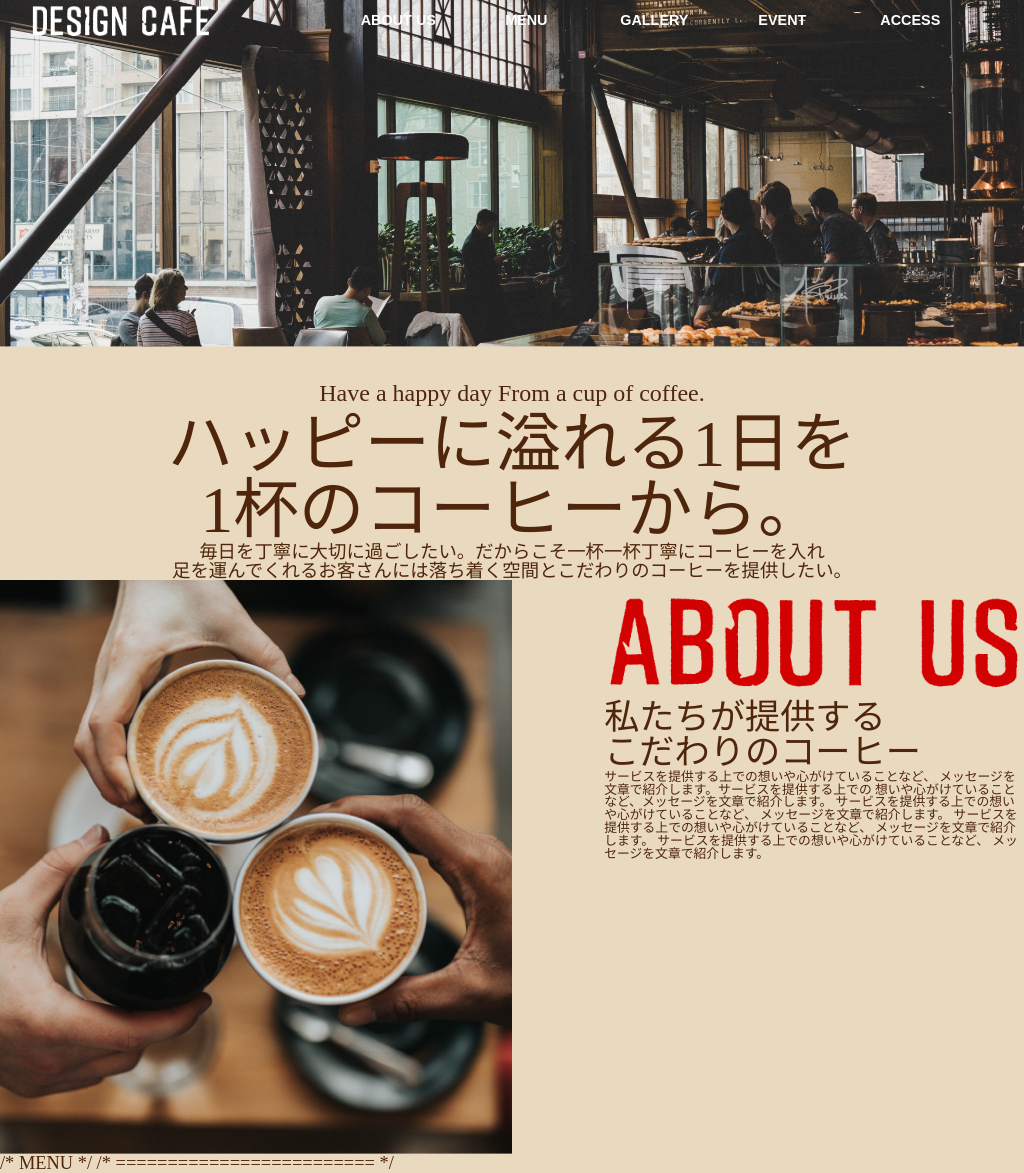
Repository: sonoyama01/dezasuta
Page: 第4回課題/index.html
The author's editor kept a copy of each file at every save. The page is drawn from the files as they stood at one save, then again after the next save.
The browser window is 1280 px wide. The pictures show the whole page, at 80% of full size.

Above is the page before, as saved 2024-05-02 03:05:02.

### 第4回課題/index.html
<!DOCTYPE html>
<html lang="ja">

<head>
    <meta charset="UTF-8">
    <meta name="viewport" content="width=device-width, initial-scale=1.0">
    <title>Desing Cafe</title>
    <link rel="stylesheet" href="./css/style.css">
</head>

<body>

    <header>
        <div class="header_slide">
            <div>
                <img src="./images/pc_first-100.jpg" alt="店内の様子">
            </div>
        </div>
        <div class="header_wrap">
            <h1 class="header_logo">
                <img src="./images/design_cafe_logo_header@2x.png" alt="desind cafe">
            </h1>
            <nav class="pc_nav">
                <ul>
                    <li><a href="#about_us">ABOUT US</a></li>
                    <li><a href="#">MENU</a></li>
                    <li><a href="#">GALLERY</a></li>
                    <li><a href="#">EVENT</a></li>
                    <li><a href="#">ACCESS</a></li>
                </ul>
            </nav>
        </div>
    </header>
    <div class="catch_copy">
        <p class="catch_copy_ja"><span class="en">Have a happy day From a cup of coffee.</span><br>
            ハッピーに溢れる1日を<br>
            1杯のコーヒーから。</p><!-- /.catch_copy -->
        <p>毎日を丁寧に大切に過ごしたい。だからこそ一杯一杯丁寧にコーヒーを入れ<br>
            足を運んでくれるお客さんには落ち着く空間とこだわりのコーヒーを提供したい。</p>
    </div><!-- /.catch_copy -->

    <section id="about_us_fx">
        <div class="about_us">
            <div class="about_us_im"><img src="./images/pc_about-100.jpg" alt=""></div>
            <div class="about_us_text">
                <img src="./images/about_us@2x.png" alt="">
                <p class="abouot_us_concept">私たちが提供する<br>
                    こだわりのコーヒー</p><!-- /.abouot_us_concept -->
                <p class="about_us_texts">
                    サービスを提供する上での想いや心がけていることなど、
                    メッセージを文章で紹介します。サービスを提供する上での
                    想いや心がけていることなど、メッセージを文章で紹介します。
                    サービスを提供する上での想いや心がけていることなど、
                    メッセージを文章で紹介します。
                    サービスを提供する上での想いや心がけていることなど、
                    メッセージを文章で紹介します。
                    サービスを提供する上での想いや心がけていることなど、
                    メッセージを文章で紹介します。
                </p><!-- /.about_us_text -->
            </div>

        </div><!-- /.about_us -->
    </section><!-- /#about_us -->

    /* MENU */
    /* ========================= */
    <section id="menu_fx">
        <div class="drink"></div><!-- /.drink -->
        <div class="food"></div><!-- /.food -->
        <div class="sweets"></div><!-- /.sweets -->
    </section><!-- /#menu_fx -->

</body>

</html>

### 第4回課題/css/style.css
@charset "utf-8";

/* cssリセット */

/*利用するタグによってこちらの内容は増やす*/

html,
body,
h1,
h2,
h3,
p,
dl,
dt,
dd,
ul,
li {
  margin: 0;
  padding: 0;
  line-height: 1;
  /*デフォルトの文字色、font-familyを予め当てておく*/
  color: #4f260b;
  font-family: "游明朝", YuMincho, "Hiragino Mincho ProN W3",
    "ヒラギノ明朝 ProN W3", "Hiragino Mincho ProN", "HG明朝E", "ＭＳ Ｐ明朝",
    "ＭＳ 明朝", serif;
}

a {
  /*下線を消す*/
  text-decoration: none;
  /*色を消す*/
  color: inherit;
  transition: 0.3s;
}

a:hover {
  opacity: 0.5;
}

ul {
  /*左の「・」を消す*/
  list-style: none;
}

img {
  max-width: 100%;
  width: 100%;
  height: auto;
  vertical-align: bottom;
  border: none;
}

body {
  background-color: #e8d9bf;
  font-size: 23px;
}

/* ヘッダー */
.pc_nav ul {
  display: flex;
  gap: 55px;
}

.pc_nav ul li {
  width: 105px;
  text-align: center;
  color: #ffffff;
  font-weight: bold;
  font-size: 18px;
  font-family: "Hiragino Sans W3", "Hiragino Kaku Gothic ProN",
    "ヒラギノ角ゴ ProN W3", "メイリオ", Meiryo, "ＭＳ Ｐゴシック", "MS PGothic",
    sans-serif;
}

.header_logo {
  width: 226px;
}

.header_wrap {
  display: flex;
  justify-content: space-between;
  align-items: center;
  padding: 0 7% 0 3%;
  position: absolute;
  top: 0;
  left: 0;
  width: 100%;
  box-sizing: border-box;
}

/* ============================
* キャッチコピー
* ========================= */
.catch_copy {
  text-align: center;
}
.en {
  font-size: 30px;
}
.catch_copy_ja {
  font-size: 82px;
}

/* ============================
* ABOUT US
* ========================= */
.about_us {
  display: flex;
  justify-content: space-between;
}
.about_us_im {
  width: 50%;
}
.abouot_us_concept {
  font-size: 44px;
}
.about_us_text {
  width: 41%;
}
.about_us_texts {
  font-size: 16px;
}

After the next save:
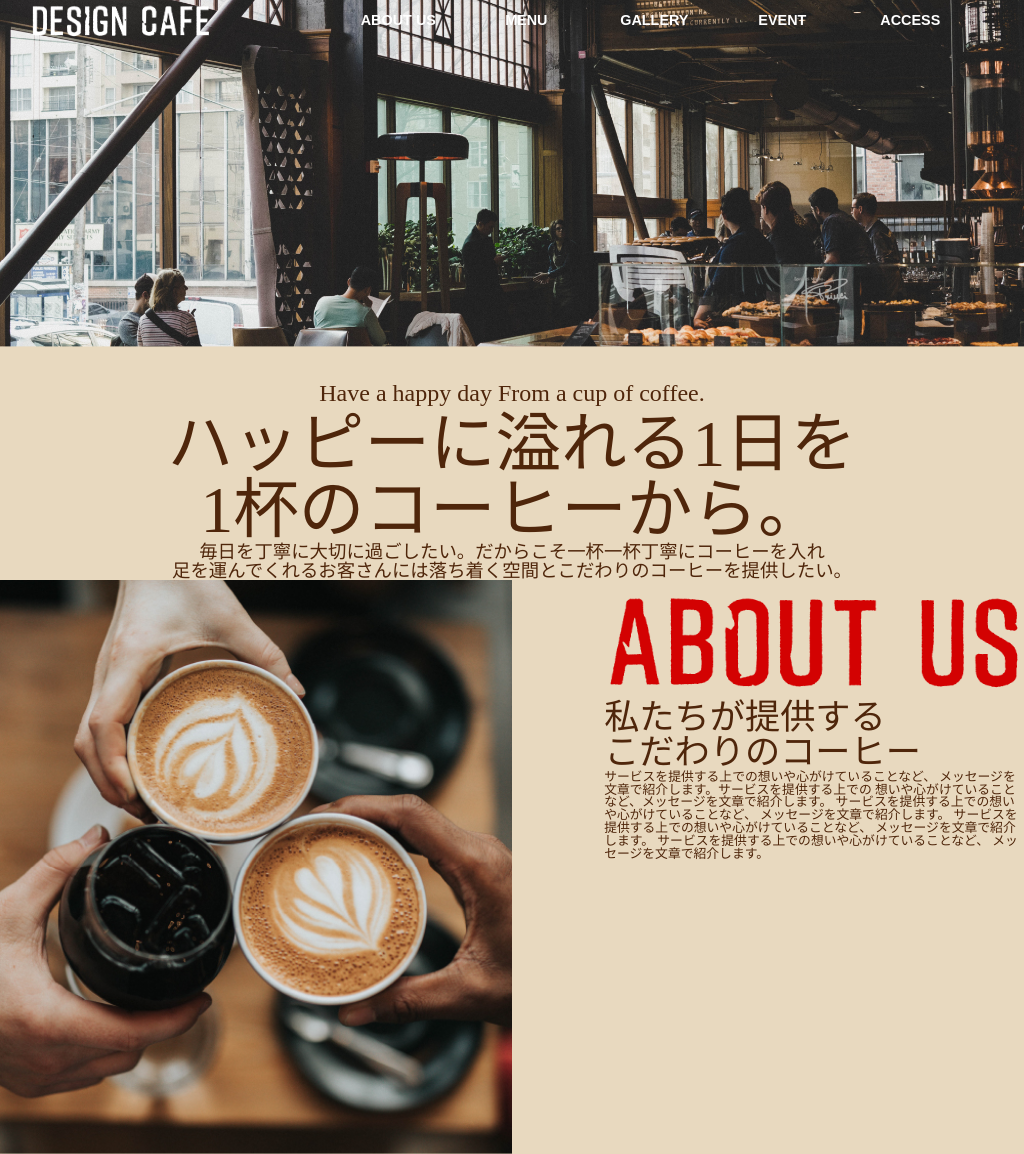
Saved 66 s later.
--- a/第4回課題/index.html
+++ b/第4回課題/index.html
@@ -9,7 +9,7 @@
 </head>
 
 <body>
-
+    <!-- ヘッダー -->
     <header>
         <div class="header_slide">
             <div>
@@ -38,7 +38,7 @@
         <p>毎日を丁寧に大切に過ごしたい。だからこそ一杯一杯丁寧にコーヒーを入れ<br>
             足を運んでくれるお客さんには落ち着く空間とこだわりのコーヒーを提供したい。</p>
     </div><!-- /.catch_copy -->
-
+    <!-- ABOUT US -->
     <section id="about_us_fx">
         <div class="about_us">
             <div class="about_us_im"><img src="./images/pc_about-100.jpg" alt=""></div>
@@ -62,8 +62,7 @@
         </div><!-- /.about_us -->
     </section><!-- /#about_us -->
 
-    /* MENU */
-    /* ========================= */
+    <!-- MENU -->
     <section id="menu_fx">
         <div class="drink"></div><!-- /.drink -->
         <div class="food"></div><!-- /.food -->
